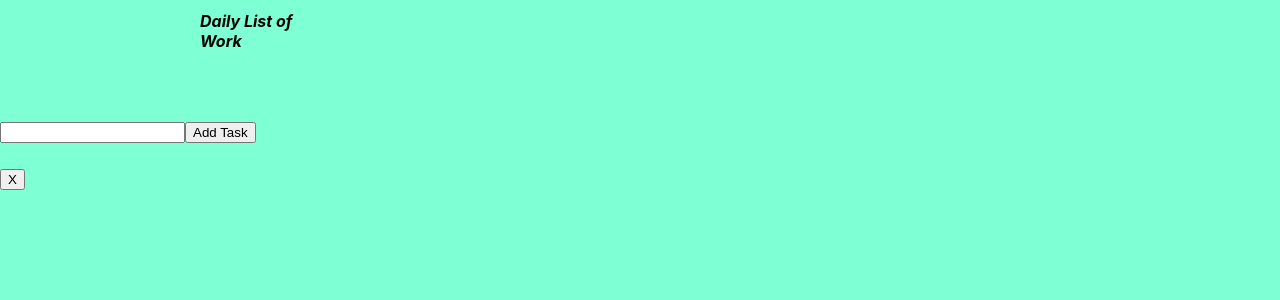
Repository: iamjayenmthakuri/todolist
Page: /, after clicking the first element matching `button.button`
The author's editor kept a copy of each file at every save. The page is drawn from the files as they stood at one save, then again after the next save.
The browser window is 1280 px wide. The pictures show the whole page.
The project was rebuilt for these pictures with package versions that can differ from the ones it lists, and the page was loaded fresh each time.

Above is the page before, as saved 2022-09-19 10:41:51.

### src/App.js
import React from 'react';
import { useState } from 'react';
import "./App.css";

function App() {
  const [todoList, setTodoList] = useState([]);
  const [newTask, setNewTask] = useState("");

  const handleOnChange = (event) => {
    setNewTask(event.target.value)
  };

  const addTask = () => {
    const task = {
      id: todoList.length === 0 ? 1 : todoList[todoList.length - 1].id + 1,
      taskName: newTask,
    }
    setTodoList([...todoList, task]);
  };

  const deleteTask = (id) => {
    setTodoList(todoList.filter((task) => task.id !== id));
  };
  return (
    <div>
      <div><h1 className='title'>Daily List of Work</h1>

      <input  className='input' onChange={handleOnChange} />
      <button className='button' onClick={addTask}>Add Task</button>
      {todoList.map((task) => {
        return (
          <div className='container'>
            <h6>{task.taskName}</h6>

            <button className='bt' onClick={() => deleteTask(task.id)}>X</button>

            </div>
        );
      })}
    </div>
    </div>
  );
}

export default App;

### src/App.css
body{
  background-color: aquamarine;
  display:grid;
  background-position: center;
  position: absolute;
}
.title{
  height: 100px;
  width: 110px;
  font-size: medium;
  font-weight: bold;
  font-style: italic;
  background-position: center;
  transform: translate(200px);
}

Loaded but not shown: public/index.html (common file); src/index.js (common file); src/index.css (common file); src/reportWebVitals.js (common file)

After the next save:
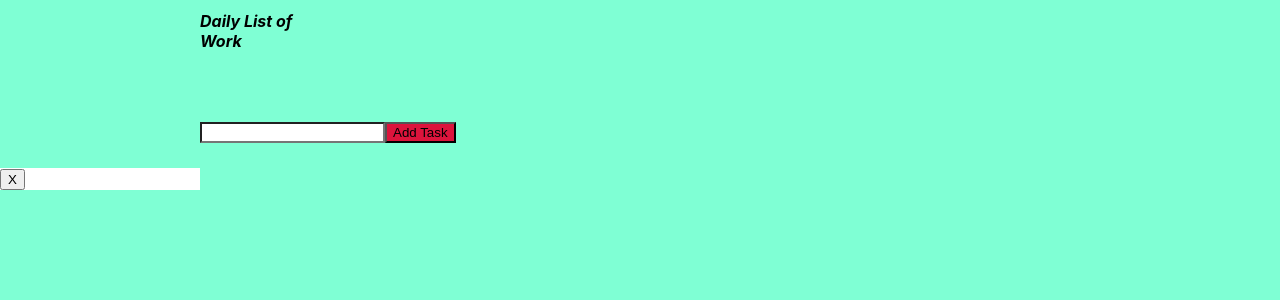
Saved 42 s later.
--- a/src/App.css
+++ b/src/App.css
@@ -13,3 +13,22 @@ body{
   background-position: center;
   transform: translate(200px);
 }
+.container{
+  background-color: white;
+  height:max-content;
+  width:200px;
+  margin-bottom: auto;
+  margin-top: auto;
+}
+.input{
+  background-color: white;
+  height: max-content;
+  width: max-content;
+  transform: translate(200px);
+}
+.button{
+  background-color:crimson;
+  height: max-content;
+  width: max-content;
+  transform: translate(200px);
+}
